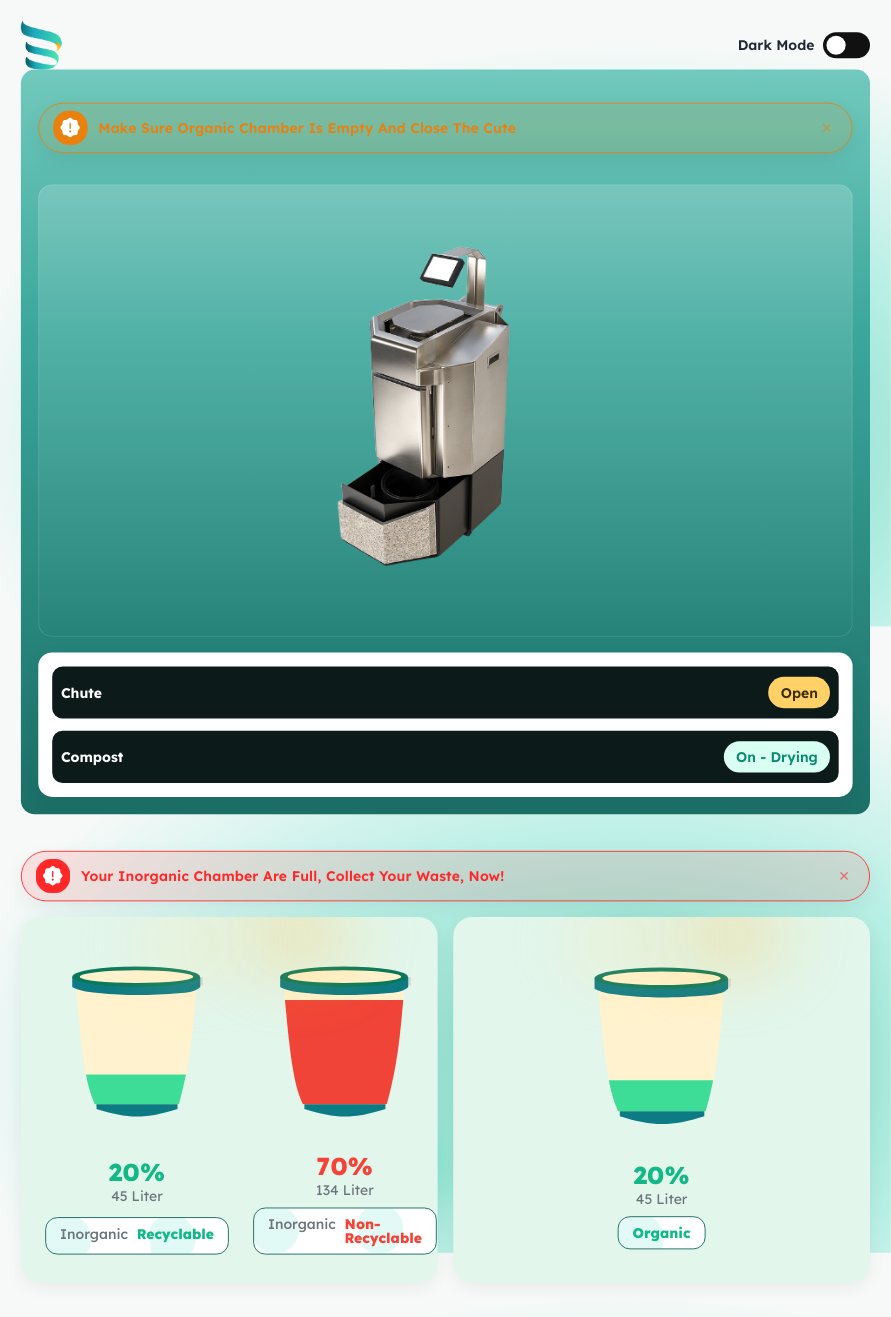
Repository: william-saputra/nusabin
Page: pages/homepage.html
An editor plug-in stored every save of this project. The page is shown before and after the next save, followed by the edit.
The browser window is 1024 px wide. The pictures show the whole page, at 87% of full size.
Backgrounds fixed to the window are drawn as part of the page.

Above is the page before, as saved 2025-08-12 23:23:37.

After the next save:
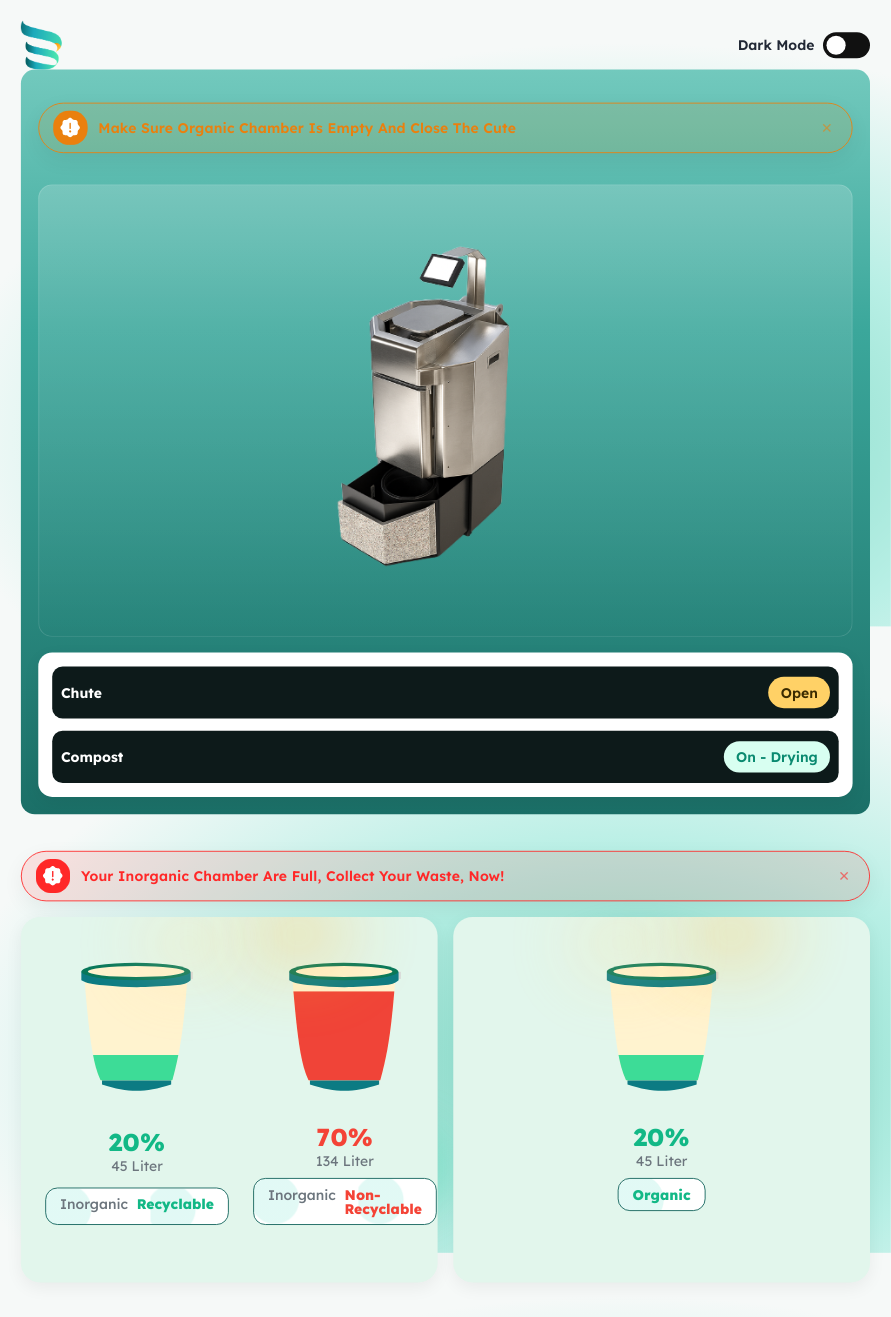
Saved 11 s later.
--- a/styles/pages/homepage.css
+++ b/styles/pages/homepage.css
@@ -6,3 +6,7 @@
 .homepage .bucket-item .percent { letter-spacing: .3px; }
 
 .right-panel .status-panel { gap: 14px; }
+
+@media (max-width: 1100px) {
+  .homepage .bucket-svg { max-width: 180px; }
+}
